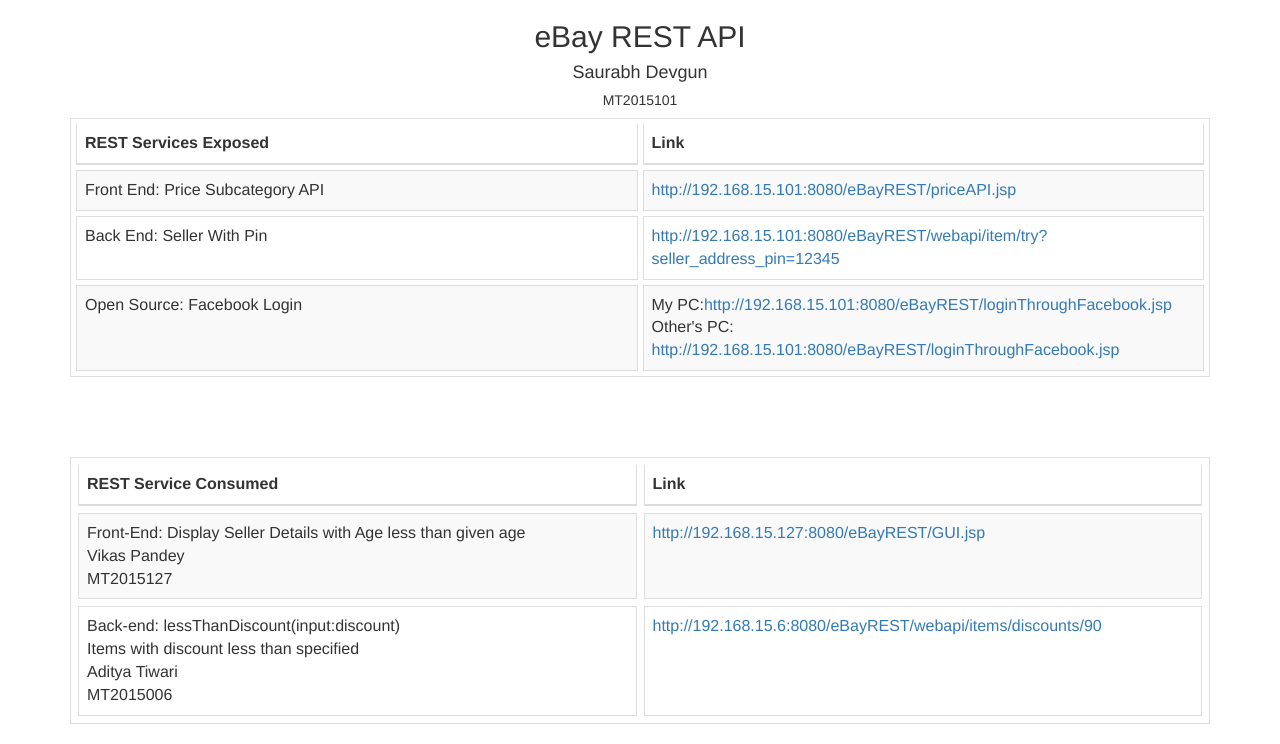
Repository: saurabh-devgun-iiitb/RESTProject
Page: http://localhost/eBayREST/
These files come from the project's save history. The page is drawn as it stood at one moment and after the next save; the edit follows.
The browser window is 1280 px wide. The pictures show the whole page.
The page is served by Tomcat 9. Other server files are loaded and not shown.

Above is the page before, as saved 2016-07-23 11:50:49.

### eBayREST/WebContent/index.jsp
<html>
<head>
  <meta name="viewport" content="width=device-width, initial-scale=1">
  <link rel="stylesheet" href="http://maxcdn.bootstrapcdn.com/bootstrap/3.3.6/css/bootstrap.min.css">
  <script src="https://ajax.googleapis.com/ajax/libs/jquery/1.12.4/jquery.min.js"></script>
  <script src="http://maxcdn.bootstrapcdn.com/bootstrap/3.3.6/js/bootstrap.min.js"></script>
  <style>
  	table{
  		border-spacing:7px;
  		border-collapse:separate;
  		table-layout:fixed;
  		width:300px;
  	}
  </style>
</head>
<body>
	<div align="center">
	    <h2>eBay REST API</h2>
	    <h4>Saurabh Devgun</h4>
	    <h5>MT2015101</h5>
    </div>
    <div class = "container">
    <table class="table table-hover table-striped table-bordered" style="border-spacing:5px">
      <thead>
        <tr>
          <th>REST Services Exposed</th>
          <th>Link</th>
        </tr>
      </thead>
      <tbody>
        <tr>
          <td>Front End: Price Subcategory API</td>
          <td><a href="priceAPI.jsp">http://192.168.15.101:8080/eBayREST/priceAPI.jsp</a></td>
        </tr>
        <tr>
          <td>Back End: Seller With Pin</td>
          <td><a href="sellerWithPin.jsp">http://192.168.15.101:8080/eBayREST/webapi/item/try?seller_address_pin=12345</a></td>
        </tr>
        <tr>
          <td>Open Source: Facebook Login</td>
          <td>My PC:<a href="loginThroughFacebook.jsp">http://192.168.15.101:8080/eBayREST/loginThroughFacebook.jsp</a>
				<br>Other's PC: <a href="loginThroughFacebookWithMoreControl.jsp">http://192.168.15.101:8080/eBayREST/loginThroughFacebook.jsp</a>
          </td>
        </tr>
      </tbody>
    </table>
    </div>
    <br><br><br>
    <div class="container">
    	<table class="table table-hover table-striped table-bordered">
      <thead>
        <tr>
          <th>REST Service Consumed</th>
          <th>Link</th>
        </tr>
      </thead>
      <tbody>
        <tr>
          <td>Front-End: Display Seller Details with Age less than given age<br>Vikas Pandey<br>MT2015127</td>
          <td><a href="http://192.168.15.127:8080/eBayREST/GUI.jsp">http://192.168.15.127:8080/eBayREST/GUI.jsp</a></td>
        </tr>
        <tr>
          <td>Back-end: lessThanDiscount(input:discount)<br>Items with discount less than specified<br>Aditya Tiwari<br>MT2015006</td>
          <td><a href="http://192.168.15.6:8080/eBayREST/itemDiscount.jsp">http://192.168.15.6:8080/eBayREST/webapi/items/discounts/90</a></td>
        </tr>
      </tbody>
    </table>
    </div>
    <!--
    <p><a href="priceAPI.jsp">Price API</a></p>
    <p><a href="loginThroughFacebook.jsp">Login through Facebook</a></p>
    <p><a href="sellerWithPin.jsp">Get Sellers In City with pin</a></p>
    -->
</body>
</html>

After the next save:
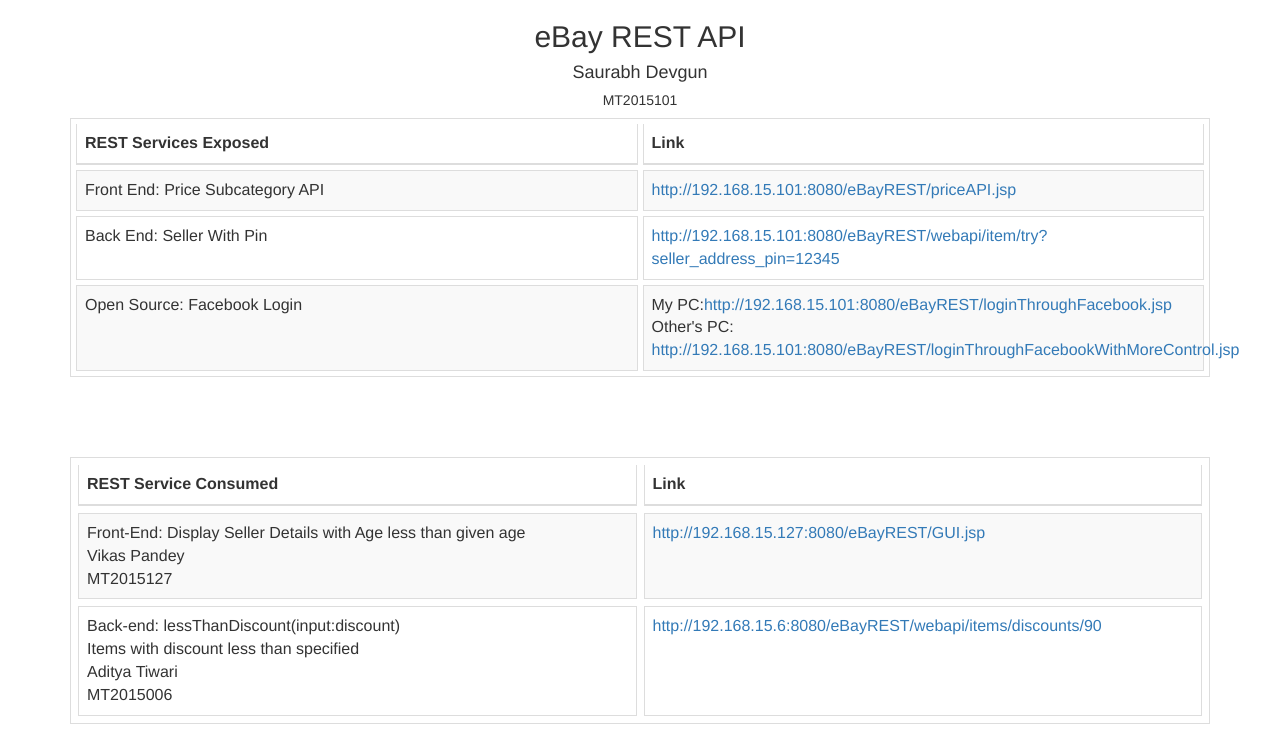
Saved 13 s later.
--- a/eBayREST/WebContent/index.jsp
+++ b/eBayREST/WebContent/index.jsp
@@ -39,7 +39,7 @@
         <tr>
           <td>Open Source: Facebook Login</td>
           <td>My PC:<a href="loginThroughFacebook.jsp">http://192.168.15.101:8080/eBayREST/loginThroughFacebook.jsp</a>
-				<br>Other's PC: <a href="loginThroughFacebookWithMoreControl.jsp">http://192.168.15.101:8080/eBayREST/loginThroughFacebook.jsp</a>
+				<br>Other's PC: <a href="loginThroughFacebookWithMoreControl.jsp">http://192.168.15.101:8080/eBayREST/loginThroughFacebookWithMoreControl.jsp</a>
           </td>
         </tr>
       </tbody>
